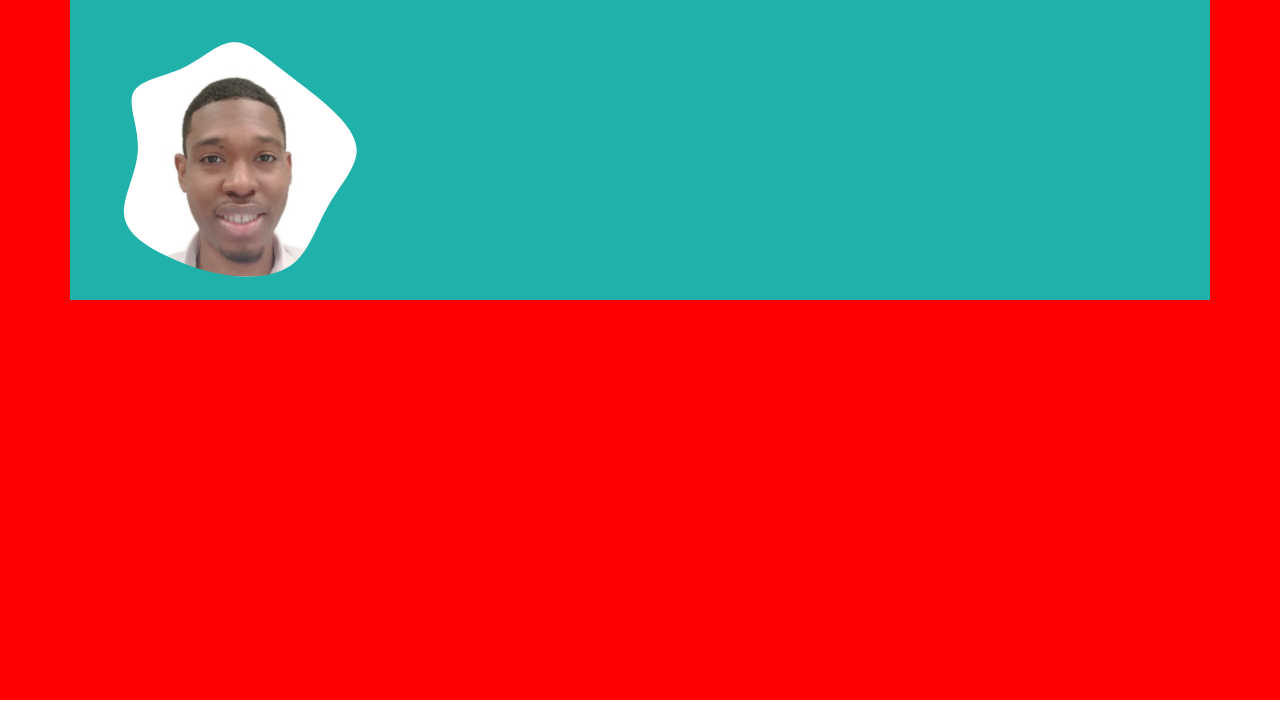
Repository: DNoel26/My_Dev_Portfolio
Page: index.html
These files come from the project's save history. The page is drawn as it stood at one moment and after the next save; the edit follows.
The browser window is 1280 px wide. The pictures show the whole page.

Above is the page before, as saved 2021-01-28 11:51:19.

After the next save:
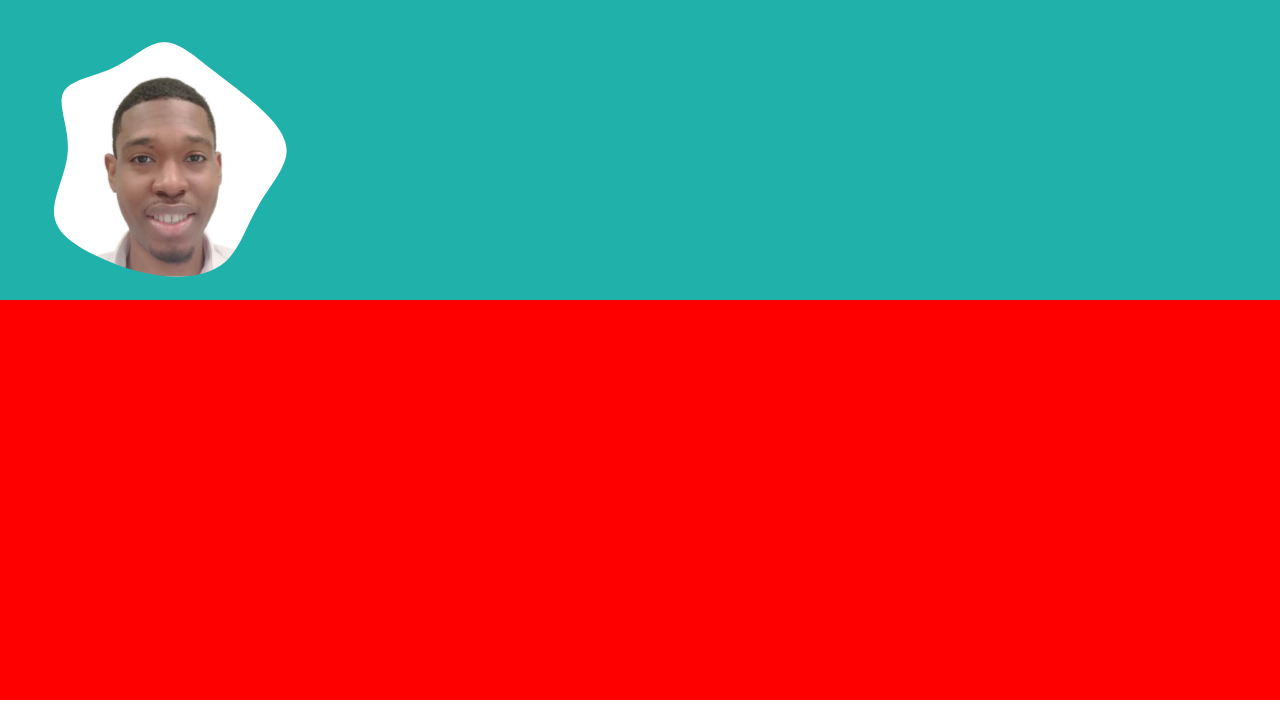
Saved 15 s later.
--- a/index.html
+++ b/index.html
@@ -9,7 +9,7 @@
 </head>
 <body>
     <header>
-        <div class="container">
+        <div class="container-fluid">
             <!--<img src="/img/profile_pic.jpg" alt="Darnell Noel's profile pic" class="prof-pic svg-clip">-->
             <svg viewBox="0 0 200 200" xmlns="http://www.w3.org/2000/svg">
                 <defs>

After the save that followed:
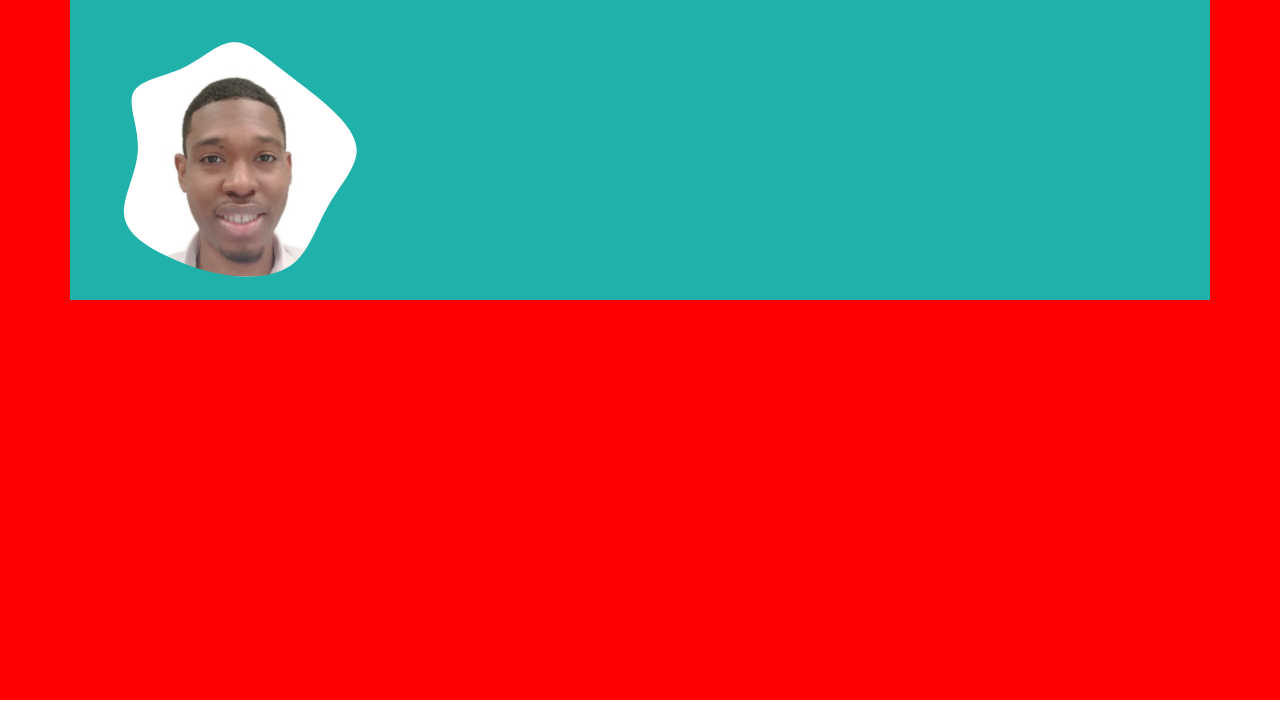
Saved 5 s later.
--- a/index.html
+++ b/index.html
@@ -9,7 +9,7 @@
 </head>
 <body>
     <header>
-        <div class="container-fluid">
+        <div class="container">
             <!--<img src="/img/profile_pic.jpg" alt="Darnell Noel's profile pic" class="prof-pic svg-clip">-->
             <svg viewBox="0 0 200 200" xmlns="http://www.w3.org/2000/svg">
                 <defs>
